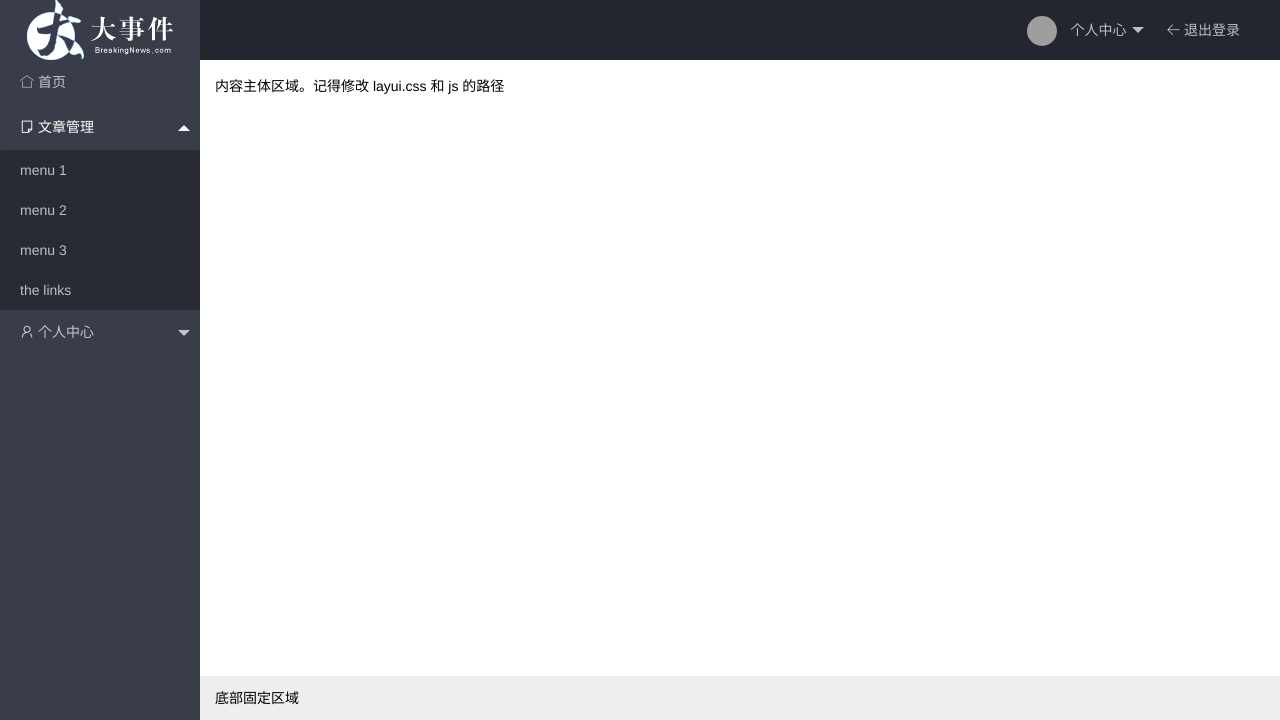
Repository: R1Deemo/Main-project
Page: index.html
The author's editor kept a copy of each file at every save. The page is drawn from the files as they stood at one save, then again after the next save.
The browser window is 1280 px wide. The pictures show the whole page.
Pictures or frames that could not be fetched are drawn as grey boxes.

Above is the page before, as saved 2022-10-30 17:27:51.

After the next save:
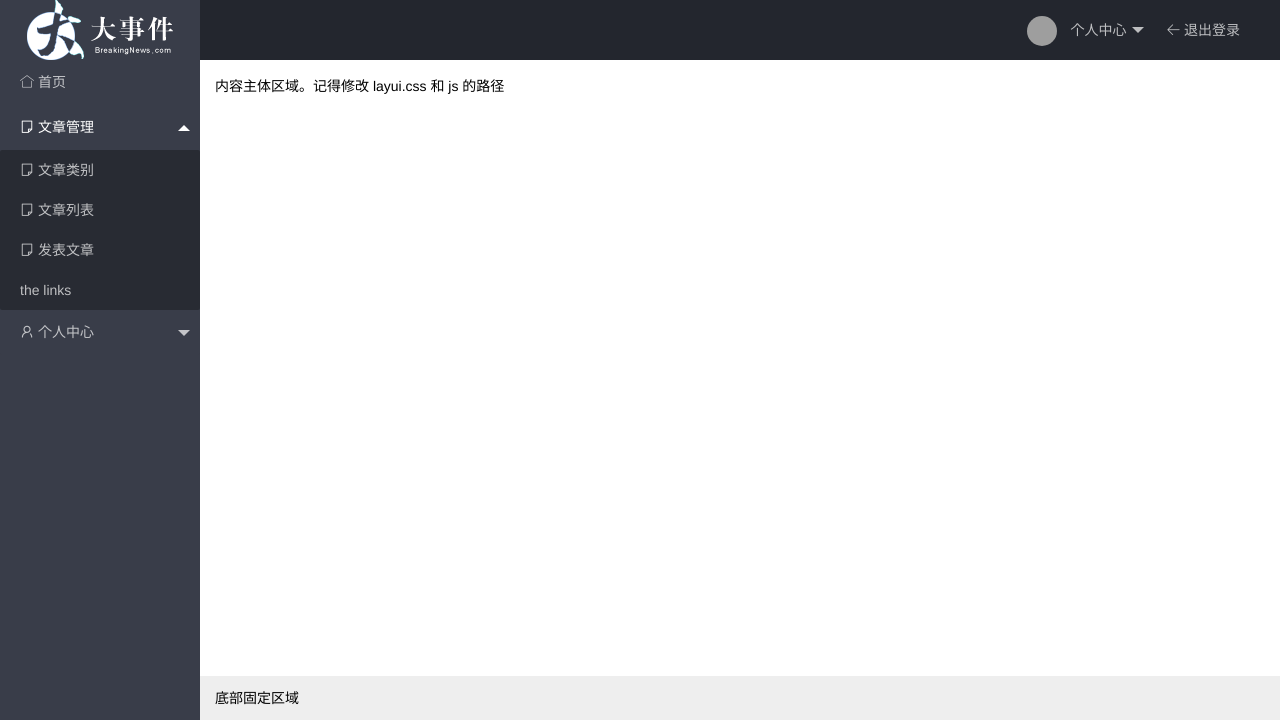
Saved 109 s later.
--- a/index.html
+++ b/index.html
@@ -57,9 +57,9 @@
                     <li class="layui-nav-item layui-nav-itemed">
                         <a class="" href="javascript:;"> <i class="layui-icon layui-icon-file-b"></i> 文章管理</a>
                         <dl class="layui-nav-child">
-                            <dd><a href="javascript:;">menu 1</a></dd>
-                            <dd><a href="javascript:;">menu 2</a></dd>
-                            <dd><a href="javascript:;">menu 3</a></dd>
+                            <dd><a href="javascript:;"><i class="layui-icon layui-icon-file-b"></i> 文章类别</a></dd>
+                            <dd><a href="javascript:;"><i class="layui-icon layui-icon-file-b"></i> 文章列表</a></dd>
+                            <dd><a href="javascript:;"><i class="layui-icon layui-icon-file-b"></i> 发表文章</a></dd>
                             <dd><a href="">the links</a></dd>
                         </dl>
                     </li>
